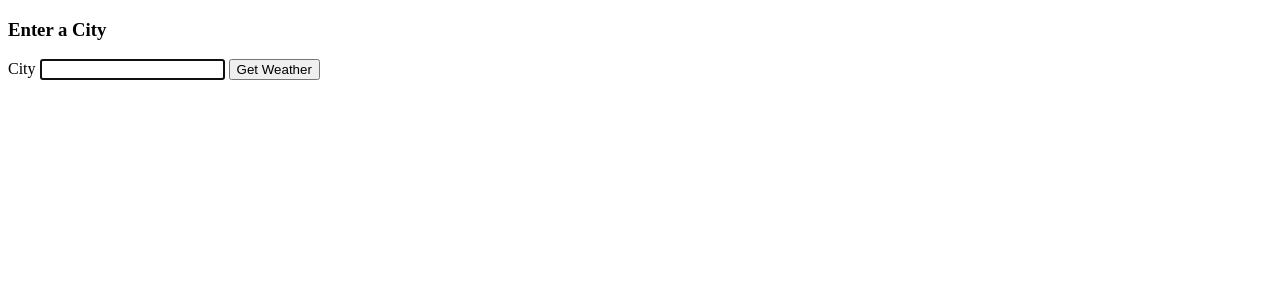
Repository: Naomilounsbury/weather-dashboard
Page: index.html
An editor plug-in stored every save of this project. The page is shown before and after the next save, followed by the edit.
The browser window is 1280 px wide. The pictures show the whole page.
Some web libraries are served in a nearby version.

Above is the page before, as saved 2021-12-09 14:32:59.

### index.html
<!DOCTYPE html>
<html lang="en">

<head>
    <meta charset="UTF-8">
    <meta http-equiv="X-UA-Compatible" content="IE=edge">
    <meta name="viewport" content="width=device-width, initial-scale=1.0">
    <title>weather-dashboard</title>
</head>

<body>
    <div class="holdingmyform col-12 col-md-8" >
        <h3 class="weathersearch">Enter a City</h3>
        <form id="weather-form">
            <label class="freaken-label" for="city">City</label>
            <input name="city" class="city-name"type="text" autofocus="true">
            <button type="submit" class="btn">
                Get Weather
            </button>
        </form>
    </div>
    <div class="col-12 col-md-8">
        <div id="city"></div>
      </div>
      <div class = "temperature"></div>
      <div class = "wind-speed"></div>
      <div class = "humidity"></div>
      <div class="forecast">
      </div>
      <script src="https://cdnjs.cloudflare.com/ajax/libs/moment.js/2.24.0/moment.min.js"></script>
    <script src="https://code.jquery.com/jquery-3.4.1.min.js"></script>
    <script src="./assets/js/script.js"></script>
</body>

</html>

### assets/js/script.js
//we are fetchingthe api currently we are in miami but hopefully we can change cities
//my requestUrl is a string and we have to make the city part of the string dynamic so will need backticks
//and connect it to the form

//hopefully the way this works is when a city is entered it fetches that data
var nameInputEl = document.querySelector(".city-name");
var getWeather = function (event) {


    //so the whole url needs to be dynamic so I have to put backticks on the whole thing
    //then the dollar sign and curly braces signal javascript that there will be code in here and the code will evaluate to a string that
    // will be input in this position
    var requestURL = `https://api.openweathermap.org/data/2.5/weather?q=${nameInputEl.value.trim()}&appid=82b88905657c227b366aeed2a3762dff&units=metric`
    event.preventDefault()
    //need a variable that lets the getweather function have access to the data
    //and return that data
    //type of is a weird one
    console.log(nameInputEl.value)

    fetch(requestURL)
        // after the request finishes, so when the promise resovles the then part is a function that runs once the promise resolves
        .then(function (response) {
            //there is a .then inside of a .then, why does this work????
            //response.json: the response there is a promise
            //when we do a fetch requestUrl we get a promise that respolves to an object
            //when we do the .then we're making a temporary variable named "response"
            //and a response objuserFormEl.addEventListener("submit", formSubmitHandler);ect and the response object has a .json object on it that returns a promise so we need another .then to capture when the
            //promise is resolved
            //dataData is now another temporary variable that we are using so that when response.json resolves it gets
            //put into the temporary variable and we can work with it inside the function
            return response.json()
        }).then(function (dataData) {
            displayCurrentCity(dataData)
            getForecast(dataData.coord)
        })



    //had to make the response .json because there wasn't any data otherwise
    //.json is the way to get the data out of the response

    //this console log is ouside the fetch
    console.log("outside");
}
//all the new stuff I wanted to try doing without sophie
// so I grabbed the weather form using jquery and saved it in citySearchName/jquery just messes things up
var citySearchName = document.querySelector("#weather-form");

//I'm not sure if it would be citySearchEl or the button to put the event listener on
// apparently I need the event listener, it needs to be outside the function because we want it to be added as soon as the page loads
citySearchName.addEventListener("submit", getWeather);
var weatherContainerEl = document.querySelector(".cities-container");
var citiesSearch = document.querySelector("#cities")



//creating a function that saves the data in local storage
var saveData = function (city, data) {
    console.log(city)
    console.log(data)
    localStorage.setItem(city, data)
}
var displayCurrentCity = function (data) {
    console.log(data)
    //city date icon temperature wind speed humidity
    //five day forecast for the city
    var displayDate = moment(data.date).format('MMMM Do YYYY');
    var cityEl = document.querySelector("#city");
    cityEl.textContent = `${data.name} ${displayDate}`
    var temperatureEl = document.querySelector(".temperature")
    var windSpeedEl = document.querySelector(".wind-speed")
    var humidityEl = document.querySelector(".humidity")
    temperatureEl.textContent = "Temperature:" + `${data.main.temp}`+"°C"
    windSpeedEl.textContent = "Wind Speed:" + `${data.wind.speed}`+ "m/s"
    humidityEl.textContent = "Humidity:" + `${data.main.humidity}`+ "%"
    //do I need to append childs here
    //whys this not sh owing up




}
//first add more html elements for current city
//insert data into elements via javascrpt
//create a new display forecast function to display the five day forecast
//display forecast function should go right before I call save data





var fiveDayForecastEl = document.querySelector(".forecast")

var getForecast = function (coord) {
    var forecastUrl = `https://api.openweathermap.org/data/2.5/onecall?lat=${coord.lat}&lon=${coord.lon}&exclude={part}&appid=82b88905657c227b366aeed2a3762dff`

    fetch(forecastUrl).then(function (forecastResponse) {
        return forecastResponse.json()
    }).then(function (forecastData) {
        displayForecast()
        //TODO call my display forcast function here
        //so by calling saveData inside the .then on the .then we are getting data
        saveData(nameInputEl.value.trim(), forecastData)
    })


}

var displayForecast = function (forecastData) {

    console.log(forecastData)
    //the for loop is so it runs through all days and hopefully puts them on the page
    for (var i = 0; i < data.daily.length; i++) {
        // Create a list element
        var listItem = document.createElement('li');
        listItem.textContent = `${data.daily[i]}`;

        eventList.appendChild(listItem);

    }
}

After the next save:
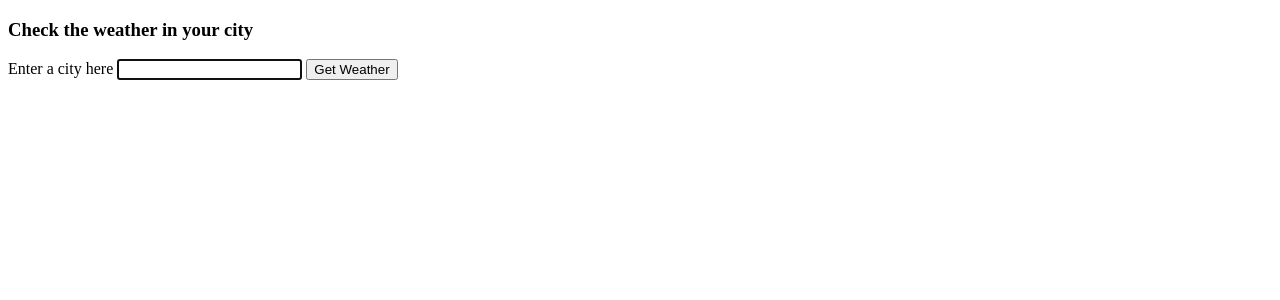
Saved 2 min 25 s later.
--- a/index.html
+++ b/index.html
@@ -10,9 +10,9 @@
 
 <body>
     <div class="holdingmyform col-12 col-md-8" >
-        <h3 class="weathersearch">Enter a City</h3>
+        <h3 class="weathersearch">Check the weather in your city</h3>
         <form id="weather-form">
-            <label class="freaken-label" for="city">City</label>
+            <label class="freaken-label" for="city">Enter a city here</label>
             <input name="city" class="city-name"type="text" autofocus="true">
             <button type="submit" class="btn">
                 Get Weather
